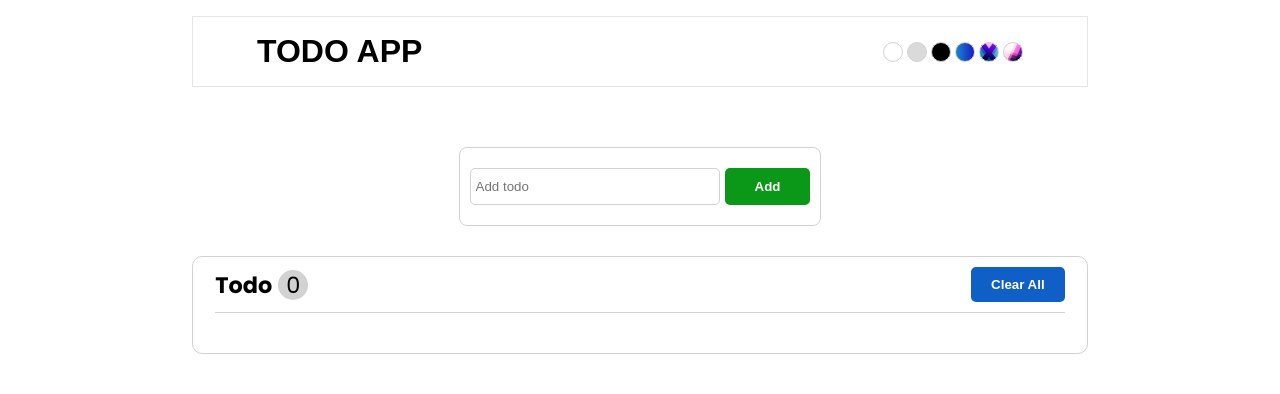
Repository: michalmilek/TodoApp
Page: /
These files come from the project's save history. The page is drawn as it stood at one moment and after the next save; the edit follows.
The browser window is 1280 px wide. The pictures show the whole page.
Some web fonts or font styles are not loaded; a fallback is used. The project was rebuilt for these pictures with package versions that can differ from the ones it lists, and the page was loaded fresh each time. Also part of the build but not shown: vite.config.js.

Above is the page before, as saved 2023-02-01 15:38:43.

After the next save:
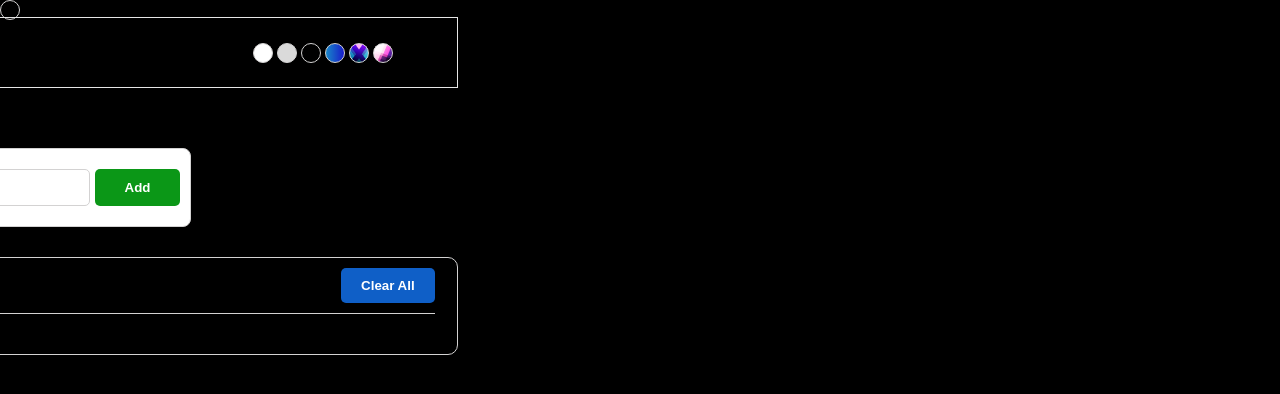
Saved 46 s later.
--- a/src/components/Header.jsx
+++ b/src/components/Header.jsx
@@ -1,7 +1,11 @@
-import React, { useState } from "react";
+import React, { useEffect, useState } from "react";
 
 const Header = () => {
   const [theme, setTheme] = useState("dark");
+
+  useEffect(() => {
+    document.documentElement.classList.add(theme);
+  });
 
   return (
     <header>
